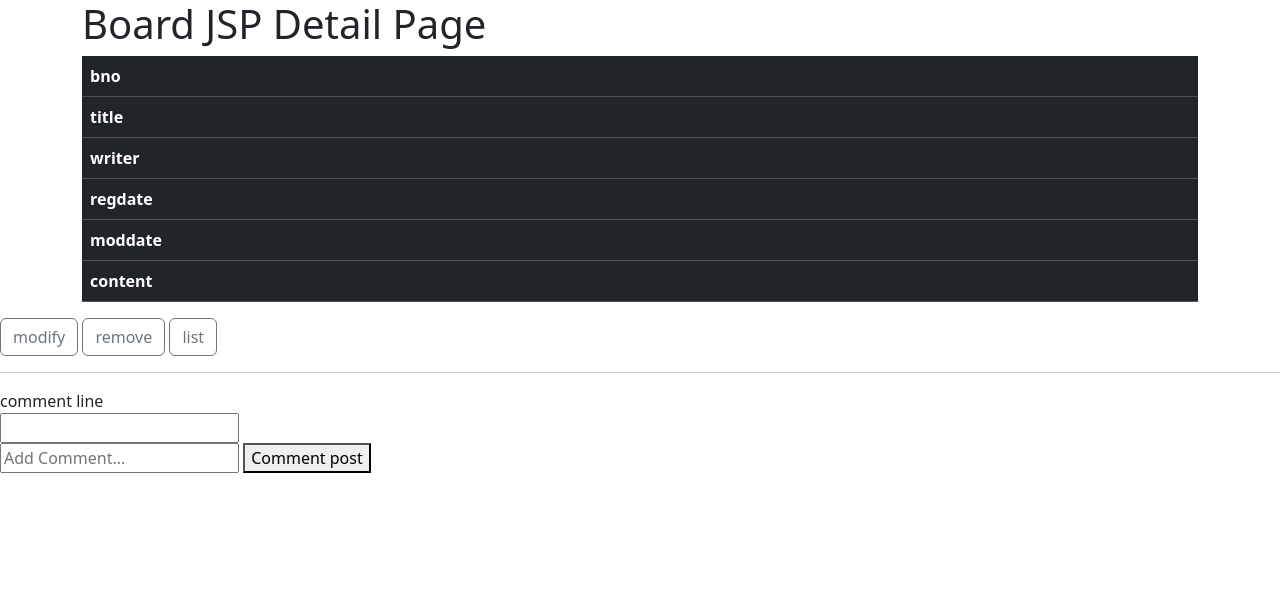
Repository: dlfhrrl12/jsptest
Page: http://localhost/jsp_study2/board/detail.jsp
An editor plug-in stored every save of this project. The page is shown before and after the next save, followed by the edit.
The browser window is 1280 px wide. The pictures show the whole page.
The page is served by Tomcat 9. Other server files are loaded and not shown. The template is opened directly, without the code that normally fills it, so the values that code supplies are empty.

Above is the page before, as saved 2024-04-18 01:40:48.

### jsp_study2/src/main/webapp/board/detail.jsp
<%@ page language="java" contentType="text/html; charset=UTF-8"
    pageEncoding="UTF-8"%>
    <%@ taglib uri="http://java.sun.com/jsp/jstl/core" prefix="c" %>
<!DOCTYPE html>
<html>
<head>
<meta charset="UTF-8">
<title>Insert title here</title>
<link href="https://cdn.jsdelivr.net/npm/bootstrap@5.3.3/dist/css/bootstrap.min.css" rel="stylesheet" integrity="sha384-QWTKZyjpPEjISv5WaRU9OFeRpok6YctnYmDr5pNlyT2bRjXh0JMhjY6hW+ALEwIH" crossorigin="anonymous">
<script src="https://cdn.jsdelivr.net/npm/bootstrap@5.3.3/dist/js/bootstrap.bundle.min.js" integrity="sha384-YvpcrYf0tY3lHB60NNkmXc5s9fDVZLESaAA55NDzOxhy9GkcIdslK1eN7N6jIeHz" crossorigin="anonymous"></script>
</head>
<body>

<div class="container-sm">
<h1>Board JSP Detail Page</h1>

<table class="table table-dark table-hover">
	<tr>
		<th>bno</th>
		<td>${bvo.bno }</td>
	</tr>
	<tr>
		<th>title</th>
		<td>${bvo.title }</td>
	</tr>
	<tr>
		<th>writer</th>
		<td>${bvo.writer }</td>
	</tr>
	<tr>
		<th>regdate</th>
		<td>${bvo.regdate }</td>
	</tr>
	<tr>
		<th>moddate</th>
		<td>${bvo.moddate }</td>
	</tr>
	<tr>
		<th>content</th>
		<td>${bvo.content }</td>
	</tr>
</table>
</div>
	<c:if test="${bvo.writer eq ses.id }">
	 <a href="/brd/modify?bno=${bvo.bno }"><button type="button" class="btn btn-outline-secondary">modify</button></a>
	 <a href="/brd/remove?bno=${bvo.bno }"><button type="button" class="btn btn-outline-secondary">remove</button></a>
	</c:if>
	 <a href="/brd/list"> <button type="button" class="btn btn-outline-secondary">list</button> </a>

	 <!-- comment line -->
	 <hr>
	 <div>
	 comment line <br>
	 <input type="text" id="cmtWriter" value="${ses.id }" readonly="readonly"> <br>
	 <input type="text" id="cmtText" placeholder="Add Comment...">
	 <button type="button" id="cmtAddBtn">Comment post</button>
	 </div>


</body>
</html>

After the next save:
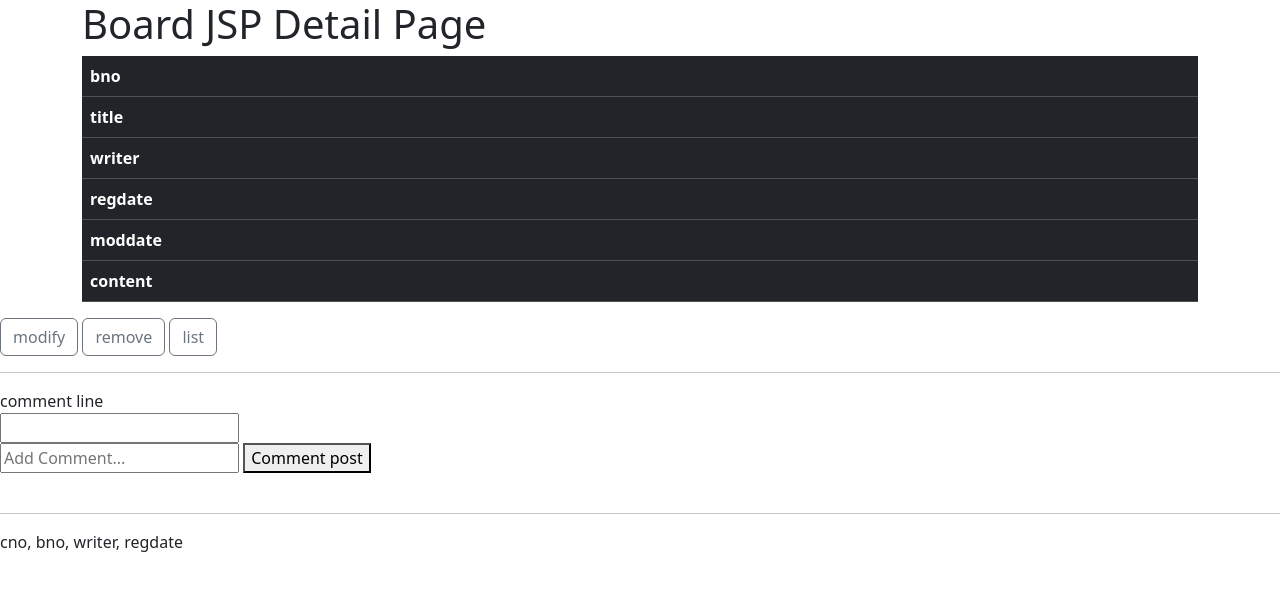
Saved 58 s later.
--- a/jsp_study2/src/main/webapp/board/detail.jsp
+++ b/jsp_study2/src/main/webapp/board/detail.jsp
@@ -55,7 +55,14 @@
 	 <input type="text" id="cmtText" placeholder="Add Comment...">
 	 <button type="button" id="cmtAddBtn">Comment post</button>
 	 </div>
-
+	 <br>
+	 <hr>
+	 <!-- 댓글 출력 -->
+	 <div id="commentLine">
+	 	<div>
+	 		<div>cno, bno, writer, regdate</div>
+	 	</div>
+	 </div>
 
 </body>
 </html>
